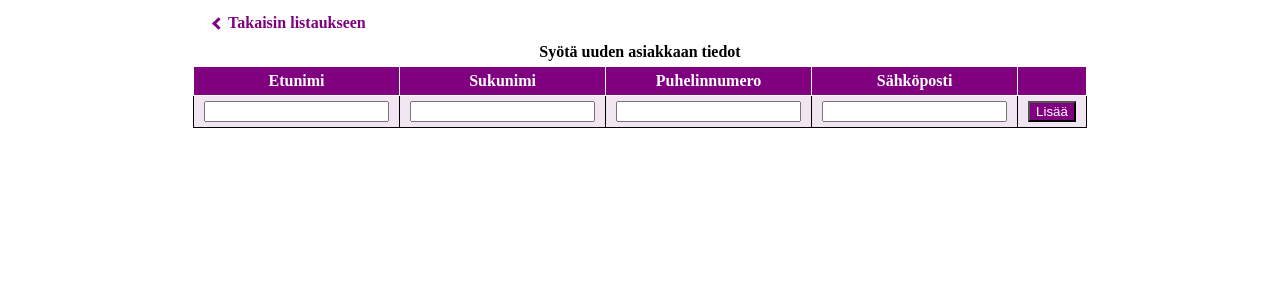
Repository: JerriMakila/Etatehtavat7
Page: http://localhost/Asiakkaat/lisaaasiakas.jsp
The author's editor kept a copy of each file at every save. The page is drawn from the files as they stood at one save, then again after the next save.
The browser window is 1280 px wide. The pictures show the whole page.
The page is served by Tomcat 9. Other server files are loaded and not shown.

Above is the page before, as saved 2020-11-30 12:11:34.

### Asiakkaat/WebContent/lisaaasiakas.jsp
<%@ page language="java" contentType="text/html; charset=ISO-8859-1"
    pageEncoding="ISO-8859-1"%>
<!DOCTYPE html>
<html>
<head>
<meta charset="ISO-8859-1">
<script src="scripts/main.js"></script>

<link rel="stylesheet" type="text/css" href="css/main.css">
<title>Asiakkaan lisäys</title>
</head>
<body>
<form id="tiedot">
	<table>
		<thead>
			<tr>
				<th colspan="5" id="takaisin"><a href="listaaasiakkaat.jsp" class="siirto"><span class="left-arrow"></span>Takaisin listaukseen</a></th>
			</tr>
			<tr>
				<th colspan="5" id="ohje">Syötä uuden asiakkaan tiedot</th>
			</tr>
			<tr>
				<th>Etunimi</th>
				<th>Sukunimi</th>
				<th>Puhelinnumero</th>
				<th>Sähköposti</th>
				<th></th>
			</tr>
		</thead>
		<tbody>
			<tr>
				<td class="data-input"><input type="text" name="etunimi" id="etunimi"></td>
				<td class="data-input"><input type="text" name="sukunimi" id="sukunimi"></td>
				<td class="data-input"><input type="text" name="puhelin" id="puhelin"></td>
				<td class="data-input"><input type="text" name="sposti" id="sposti"></td>
				<td class="data-input"><input type="button" id="tallenna" value="Lisää" onclick="lisaaTiedot()"></td>
			</tr>
		</tbody>
	</table>
</form>
<div id="ilmo"></div>
</body>
<script>
//'[+]?[0-9]{2,3}[-]?[0-9]{7,9}'

function lisaaTiedot(){
	var ilmo="";
	var d = new Date();
	if(document.getElementById("rekNo").value.length<3){
		ilmo="Rekisterinumero ei kelpaa!";
	}else if(document.getElementById("merkki").value.length<2){
		ilmo="Merkki ei kelpaa!";
	}else if(document.getElementById("malli").value.length<1){
		ilmo="Malli ei kelpaa!";
	}else if(document.getElementById("vuosi").value*1!=document.getElementById("vuosi").value){
		ilmo="Vuosi ei ole luku!";
	}else if(document.getElementById("vuosi").value<1900 || document.getElementById("vuosi").value>d.getFullYear()+1){
		ilmo="Vuosi ei kelpaa!";
	}
	if(ilmo!=""){
		document.getElementById("ilmo").innerHTML=ilmo;
		setTimeout(function(){ document.getElementById("ilmo").innerHTML=""; }, 3000);
		return;
	}
	document.getElementById("rekNo").value=siivoa(document.getElementById("rekNo").value);
	document.getElementById("merkki").value=siivoa(document.getElementById("merkki").value);
	document.getElementById("malli").value=siivoa(document.getElementById("malli").value);
	document.getElementById("vuosi").value=siivoa(document.getElementById("vuosi").value);

	var formJsonStr=formDataToJSON(document.getElementById("tiedot")); //muutetaan lomakkeen tiedot json-stringiksi
	//Lähetään uudet tiedot backendiin
	fetch("autot",{//Lähetetään kutsu backendiin
	      method: 'POST',
	      body:formJsonStr
	    })
	.then( function (response) {//Odotetaan vastausta ja muutetaan JSON-vastaus objektiksi
		return response.json()
	})
	.then( function (responseJson) {//Otetaan vastaan objekti responseJson-parametrissä
		var vastaus = responseJson.response;
		if(vastaus==0){
			document.getElementById("ilmo").innerHTML= "Auton lisääminen epäonnistui";
      	}else if(vastaus==1){
      		document.getElementById("ilmo").innerHTML= "Auton lisääminen onnistui";
		}
		setTimeout(function(){ document.getElementById("ilmo").innerHTML=""; }, 5000);
	});
	document.getElementById("tiedot").reset(); //tyhjennetään tiedot -lomake
}

</script>
</html>

### Asiakkaat/WebContent/scripts/main.js
function requestURLParam(sParam){
    var sPageURL = window.location.search.substring(1);
    var sURLVariables = sPageURL.split("&");
    for (var i = 0; i < sURLVariables.length; i++){
        var sParameterName = sURLVariables[i].split("=");
        if(sParameterName[0] == sParam){
            return sParameterName[1];
        }
    }
}
function formDataToJSON(data){
	var returnStr="{";
	for(var i=0; i<data.length; i++){
		returnStr+="\"" +data[i].name + "\":\"" + data[i].value + "\",";
	}
	returnStr = returnStr.substring(0, returnStr.length - 1); //poistetaan viimeinen pilkku
	returnStr+="}";
	return returnStr;
}

function siivoa(teksti){
	teksti=teksti.replace("<","");
	teksti=teksti.replace(";","");
	teksti=teksti.replace("'","''");
	return teksti;
}

### Asiakkaat/WebContent/css/main.css
	input[type=button],
	input[type=submit] {
		background-color: purple;
		color: white;
	}

	input[type=text]{
		vertical-align: top;
	}

	table {
		border-collapse: collapse;
		margin: auto;
	}

	th,
	td {
		border: 1px solid black;
		padding: 5px 10px;
	}

	thead tr {
		background-color: purple;
		color: white;
	}

	thead th {
		border: 1px solid white;
	}

	.asiakasrivi:nth-of-type(even){
		background-color: #E8E8E8;
	}

	.data-input {
		background-color: rgba(128,0,128,0.1);
	}

	.left-arrow{
		border: solid purple;
  		border-width: 0 3px 3px 0;
  		display: inline-block;
  		margin-right: 5px;
  		padding: 3px;
  		transform: rotate(135deg);
  		-webkit-transform: rotate(135deg);
	}

	.poista{
		color: red;
		cursor: pointer;
	}
	.poista:hover {
		text-decoration: underline;
	}

	.right-arrow{
		border: solid purple;
  		border-width: 0 3px 3px 0;
  		display: inline-block;
  		margin-left: 5px;
  		padding: 3px;
  		transform: rotate(-45deg);
  		-webkit-transform: rotate(-45deg);
	}

	.siirto {
		color: purple;
		cursor: pointer;
		text-decoration: none;
	}
	.siirto:hover {
		color: pink;
		text-decoration: underline;
	}

	#ilmo {
		margin-top: 5px;
		text-align: center;
	}

	#ohje {
		background-color: white;
		color: black;
	}

	#takaisin,
	#uusiAsiakas {
		background-color: white;
		color: purple;
		padding-left: 20px;
	}

	#takaisin{
		text-align: left;
	}

	#uusiAsiakas {
		text-align: right;
	}

After the next save:
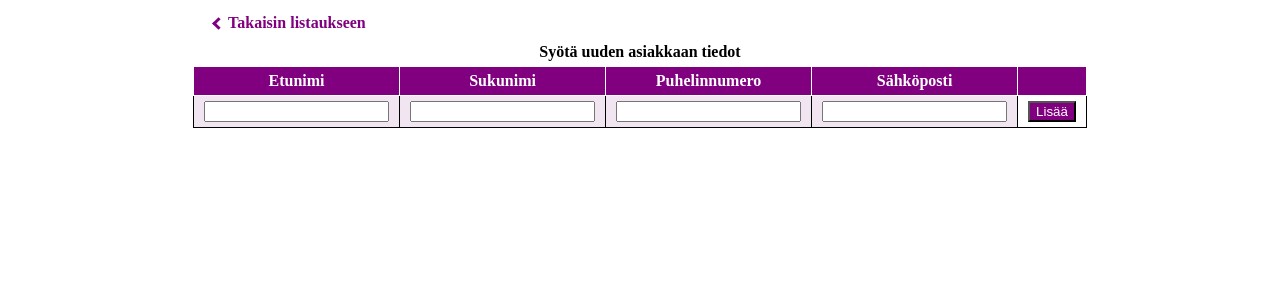
Console error: SyntaxError: Unexpected token ')'
Saved 111 s later.
--- a/Asiakkaat/WebContent/lisaaasiakas.jsp
+++ b/Asiakkaat/WebContent/lisaaasiakas.jsp
@@ -33,7 +33,7 @@
 				<td class="data-input"><input type="text" name="sukunimi" id="sukunimi"></td>
 				<td class="data-input"><input type="text" name="puhelin" id="puhelin"></td>
 				<td class="data-input"><input type="text" name="sposti" id="sposti"></td>
-				<td class="data-input"><input type="button" id="tallenna" value="Lisää" onclick="lisaaTiedot()"></td>
+				<td><input type="button" id="tallenna" value="Lisää" onclick="lisaaTiedot()"></td>
 			</tr>
 		</tbody>
 	</table>
@@ -42,6 +42,9 @@
 </body>
 <script>
 //'[+]?[0-9]{2,3}[-]?[0-9]{7,9}'
+
+var tekstikentat = document.querySelectorAll(".")
+for(i=0; i<)
 
 function lisaaTiedot(){
 	var ilmo="";

After the 5 saves that followed:
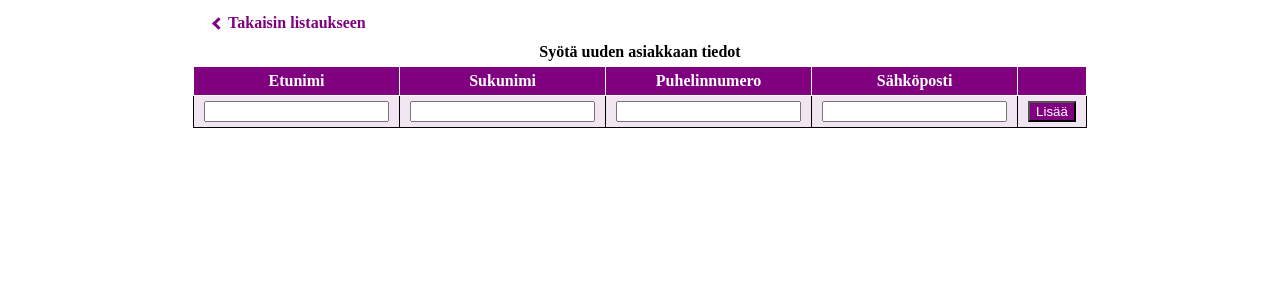
The error is gone.
The 5 saves are shown as one change because 4 left the picture as it was.
The last was saved 3 min 57 s later.
--- a/Asiakkaat/WebContent/lisaaasiakas.jsp
+++ b/Asiakkaat/WebContent/lisaaasiakas.jsp
@@ -33,7 +33,7 @@
 				<td class="data-input"><input type="text" name="sukunimi" id="sukunimi"></td>
 				<td class="data-input"><input type="text" name="puhelin" id="puhelin"></td>
 				<td class="data-input"><input type="text" name="sposti" id="sposti"></td>
-				<td><input type="button" id="tallenna" value="Lisää" onclick="lisaaTiedot()"></td>
+				<td class="data-input"><input type="button" id="tallenna" value="Lisää" onclick="lisaaTiedot()"></td>
 			</tr>
 		</tbody>
 	</table>
@@ -41,54 +41,97 @@
 <div id="ilmo"></div>
 </body>
 <script>
-//'[+]?[0-9]{2,3}[-]?[0-9]{7,9}'
 
-var tekstikentat = document.querySelectorAll(".")
-for(i=0; i<)
+var tekstikentat = document.querySelectorAll(".data-input");
+
+for(i=0; i<tekstikentat.length; i++){
+	tekstikentat[i].addEventListener("keypress", function(event){
+		if (event.keyCode === 13) {
+			event.preventDefault();
+		    document.getElementById("tallenna").click();
+		}
+	});
+}
 
 function lisaaTiedot(){
-	var ilmo="";
-	var d = new Date();
-	if(document.getElementById("rekNo").value.length<3){
-		ilmo="Rekisterinumero ei kelpaa!";
-	}else if(document.getElementById("merkki").value.length<2){
-		ilmo="Merkki ei kelpaa!";
-	}else if(document.getElementById("malli").value.length<1){
-		ilmo="Malli ei kelpaa!";
-	}else if(document.getElementById("vuosi").value*1!=document.getElementById("vuosi").value){
-		ilmo="Vuosi ei ole luku!";
-	}else if(document.getElementById("vuosi").value<1900 || document.getElementById("vuosi").value>d.getFullYear()+1){
-		ilmo="Vuosi ei kelpaa!";
+	if(tarkastaKentat()){
+		document.getElementById("etunimi").value = document.getElementById("etunimi").value.trim();
+		document.getElementById("sukunimi").value = document.getElementById("sukunimi").value.trim();
+		document.getElementById("puhelin").value = document.getElementById("puhelin").value.trim();
+		document.getElementById("sposti").value = document.getElementById("sposti").value.trim();
+		var formJsonStr = formDataToJSON(document.getElementById("tiedot"));
+
+		fetch("asiakkaat",{
+		      method: 'POST',
+		      body:formJsonStr
+		    })
+		.then( function (response) {
+			return response.json()
+		})
+		.then( function (responseJson) {
+			var vastaus = responseJson.response;
+			if(vastaus==0){
+				document.getElementById("ilmo").innerHTML= "Asiakkaan lisääminen epäonnistui";
+	      	}else if(vastaus==1){
+	      		document.getElementById("ilmo").innerHTML= "Asiakkaan lisääminen onnistui";
+			}
+		});
+		document.getElementById("tiedot").reset();
 	}
-	if(ilmo!=""){
-		document.getElementById("ilmo").innerHTML=ilmo;
-		setTimeout(function(){ document.getElementById("ilmo").innerHTML=""; }, 3000);
-		return;
+}
+
+function tarkastaKentat(){
+	document.getElementById("ilmo").innerHTML = "";
+	var paluuArvo = true;
+	var nimiPattern = /^[a-zåäöA-ZÅÄÖ]{1,50}$/;
+	var puhelinPattern = /^[+]?[0-9]{2,3}[-]?[0-9]{7,9}$/;
+	var spostiPattern = /^[a-zA-Z]{1,}[\.]{0,1}[a-zA-Z]{0,}[@]{1}[a-zA-Z]{1,}[\.]{1}[a-zA-Z]{1,}$/;
+	var ilmo;
+
+	if(!nimiPattern.test(document.getElementById("etunimi").value)){
+		if(document.getElementById("etunimi").value.length > 50){
+			ilmo = "Nimen enimmäispituus on 50 merkkiä";
+		} else if(document.getElementById("etunimi").value.trim() == ""){
+			ilmo = "Etunimi on pakollinen tieto";
+		} else {
+			ilmo = "Nimi voi sisältää vain kirjaimia a-ö";
+		}
+		document.getElementById("ilmo").innerHTML += "<div>" + ilmo + "</div>";
+		paluuarvo = false;
 	}
-	document.getElementById("rekNo").value=siivoa(document.getElementById("rekNo").value);
-	document.getElementById("merkki").value=siivoa(document.getElementById("merkki").value);
-	document.getElementById("malli").value=siivoa(document.getElementById("malli").value);
-	document.getElementById("vuosi").value=siivoa(document.getElementById("vuosi").value);
 
-	var formJsonStr=formDataToJSON(document.getElementById("tiedot")); //muutetaan lomakkeen tiedot json-stringiksi
-	//Lähetään uudet tiedot backendiin
-	fetch("autot",{//Lähetetään kutsu backendiin
-	      method: 'POST',
-	      body:formJsonStr
-	    })
-	.then( function (response) {//Odotetaan vastausta ja muutetaan JSON-vastaus objektiksi
-		return response.json()
-	})
-	.then( function (responseJson) {//Otetaan vastaan objekti responseJson-parametrissä
-		var vastaus = responseJson.response;
-		if(vastaus==0){
-			document.getElementById("ilmo").innerHTML= "Auton lisääminen epäonnistui";
-      	}else if(vastaus==1){
-      		document.getElementById("ilmo").innerHTML= "Auton lisääminen onnistui";
+	if(!nimiPattern.test(document.getElementById("sukunimi").value)){
+		if(document.getElementById("sukunimi").value.length > 50){
+			ilmo = "Nimen enimmäispituus on 50 merkkiä";
+		} else if(document.getElementById("etunimi").value.trim() == ""){
+			ilmo = "Sukunimi on pakollinen tieto";
+		} else {
+			ilmo = "Nimi voi sisältää vain kirjaimia a-ö";
 		}
-		setTimeout(function(){ document.getElementById("ilmo").innerHTML=""; }, 5000);
-	});
-	document.getElementById("tiedot").reset(); //tyhjennetään tiedot -lomake
+
+		document.getElementById("ilmo").innerHTML += "<div>" + ilmo + "</div>";
+		paluuArvo = false;
+	}
+
+	if(!puhelinPattern.test(document.getElementById("puhelin").value)){
+		document.getElementById("ilmo").innerHTML += "<div>Anna kelvollinen puhelinnumero</div>";
+		paluuArvo = false;
+	}
+
+	if(!spostiPattern.test(document.getElementById("sposti").value)){
+		if(document.getElementById("sposti").value.length > 100){
+			ilmo = "Sähköpostin enimmäispituus on 100 merkkiä"
+		} else {
+			ilmo = "Anna kelvollinen sähköpostiosoite muodossa \"esim@esim.fi\"";
+		}
+
+		document.getElementById("ilmo").innerHTML += "<div>" + ilmo + "</div>";
+		paluuArvo = false;
+	} else if(document.getElementById("sposti").value.length > 100){
+		document.getElementById("ilmo").innerHTML += "<div>Sähköposti voi olla maksimissaan 100 merkkiä pitkä</div>";
+	}
+
+	return paluuArvo;
 }
 
 </script>
